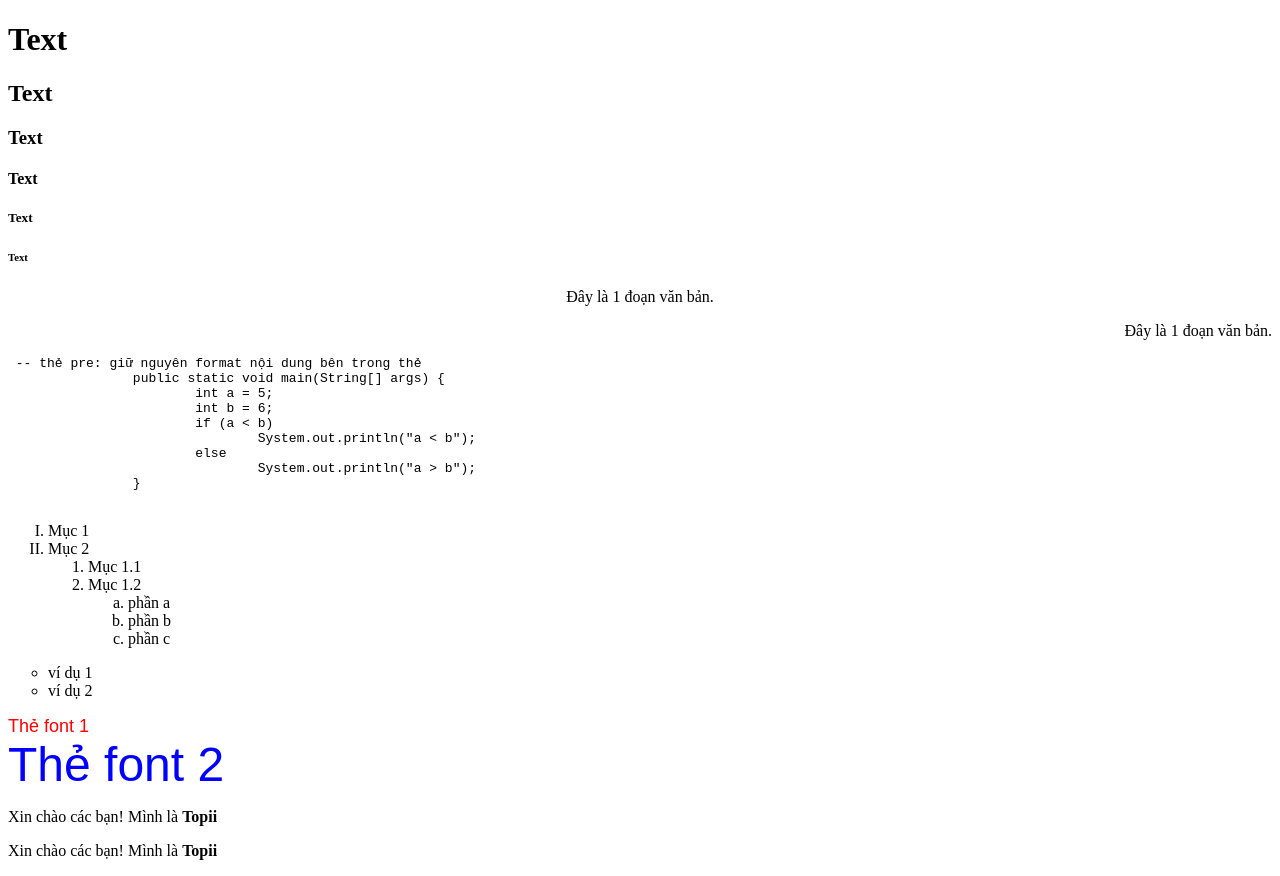
Repository: PhiKhongHoang/JSP-Servlet
Page: Bai2_HTML/src/main/webapp/vidu.html
An editor plug-in stored every save of this project. The page is shown before and after the next save, followed by the edit.
The browser window is 1280 px wide. The pictures show the whole page.

Above is the page before, as saved 2024-02-16 08:46:15.

After the next save:
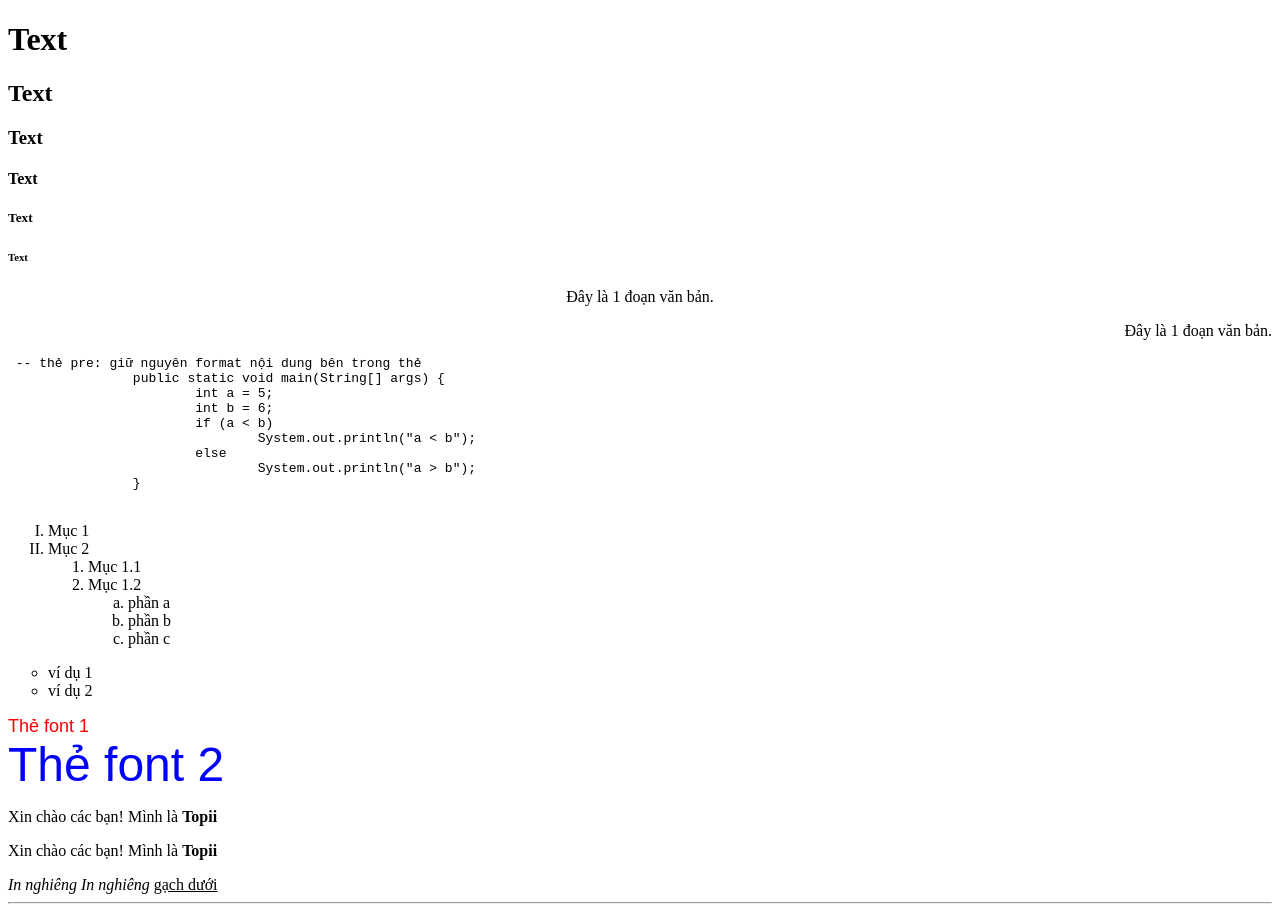
Saved 66 s later.
--- a/Bai2_HTML/src/main/webapp/vidu.html
+++ b/Bai2_HTML/src/main/webapp/vidu.html
@@ -65,7 +65,10 @@
 
 	 <p>Xin chào các bạn! Mình là <b>Topii</b></p>
 	 <p>Xin chào các bạn! Mình là <strong>Topii</strong></p>
-
+	 <i>In nghiêng</i>
+	 <em>In nghiêng</em>
+	 <u>gạch dưới</u>
+	 <hr>
 
 
 </body>
